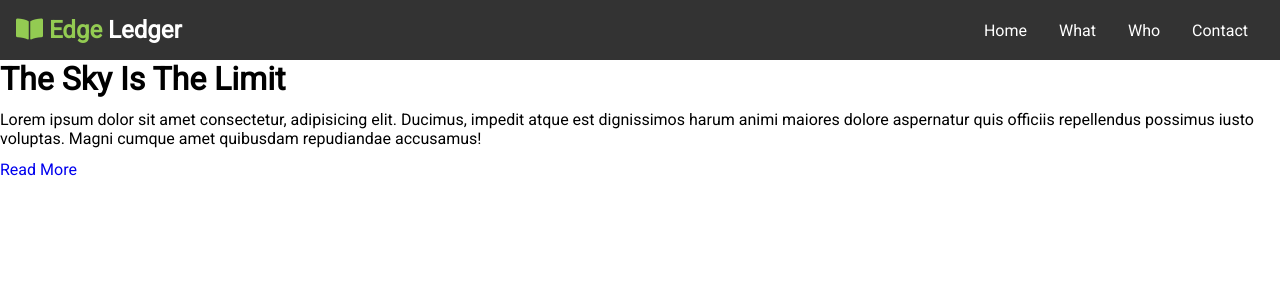
Repository: minhtien9/EdgeLedger-Financial-Web
Page: index.html
The author's editor kept a copy of each file at every save. The page is drawn from the files as they stood at one save, then again after the next save.
The browser window is 1280 px wide. The pictures show the whole page.

Above is the page before, as saved 2021-08-16 21:49:48.

After the next save:
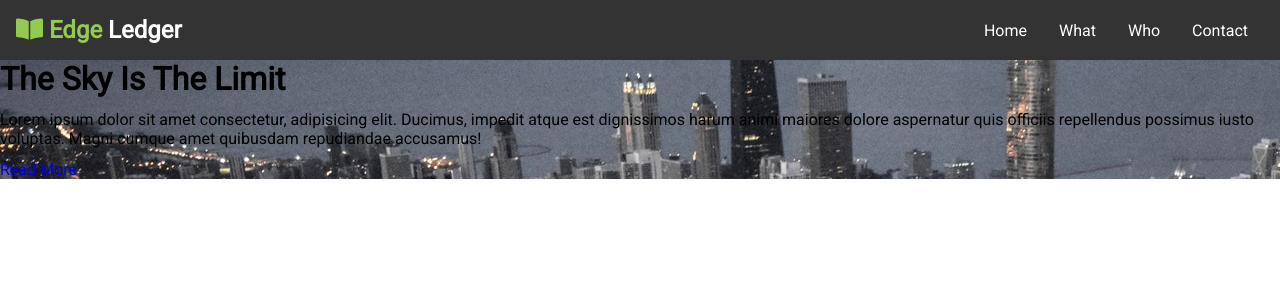
Saved 67 s later.
--- a/css/style.css
+++ b/css/style.css
@@ -54,3 +54,10 @@
     background: #93cb52;
     border-radius: 5px;
 }
+
+
+/* Showcase */
+
+#showcase {
+    background: #333 url('../img/showcase.jpg');
+}
